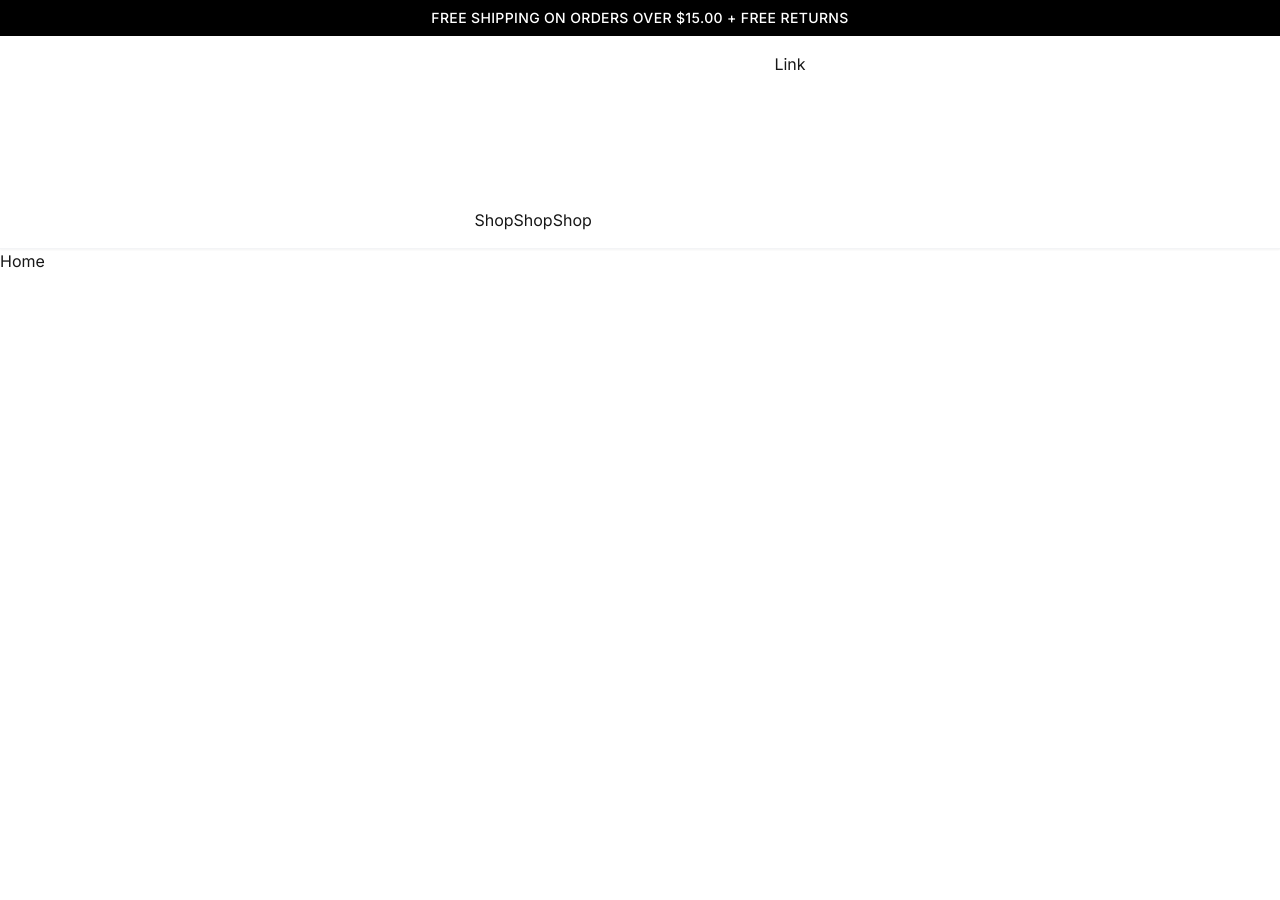
Repository: DiwanMalla/TEMU_CLONE
Page: /
These files come from the project's save history. The page is drawn as it stood at one moment and after the next save; the edit follows.
The browser window is 1280 px wide. The pictures show the whole page.
The project was rebuilt for these pictures with package versions that can differ from the ones it lists, and the page was loaded fresh each time. The framework's server and built-in components were replaced by stand-ins that run in the browser. Also part of the build but not shown: next.config.ts.

Above is the page before, as saved 2025-01-20 22:25:20.

After the next save:
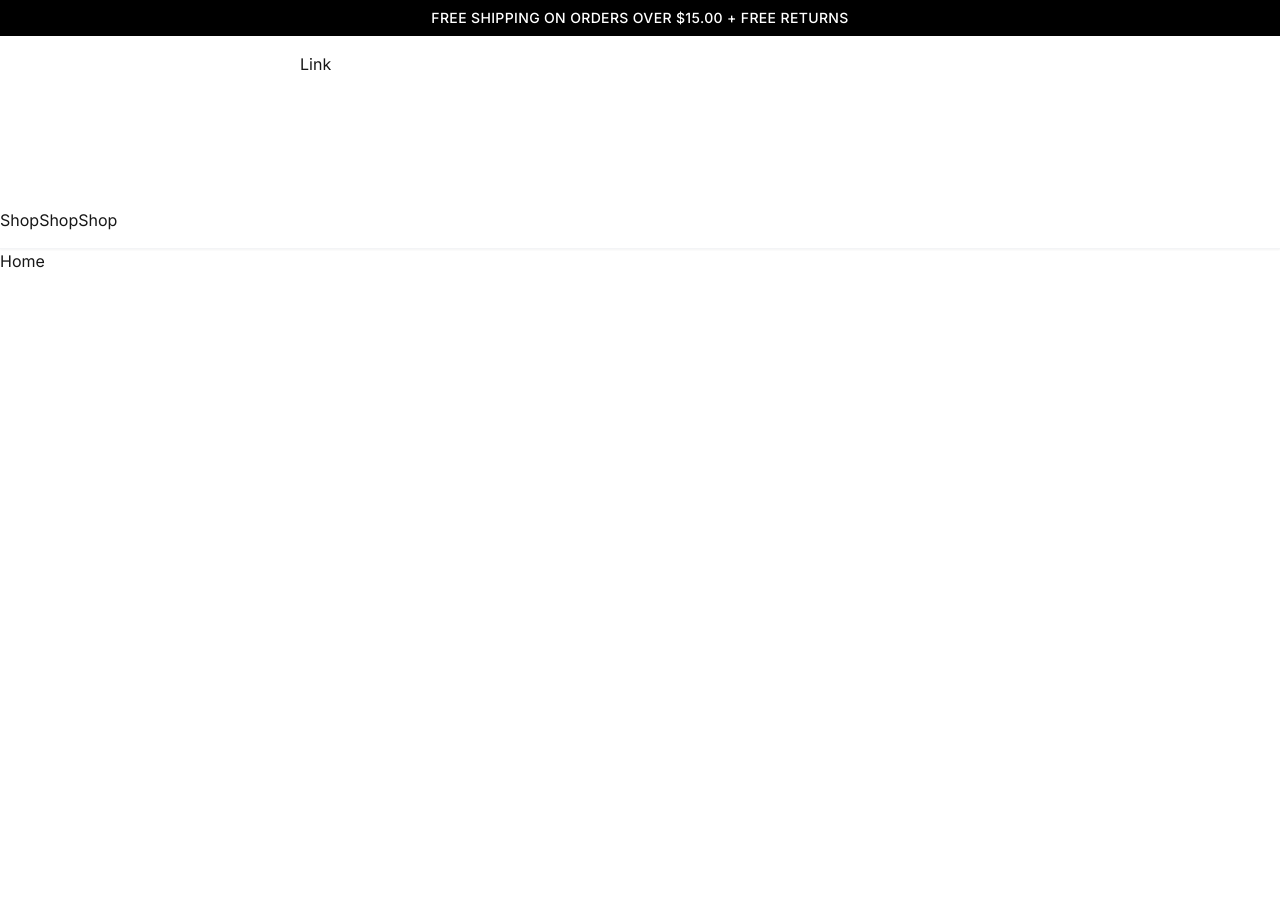
Saved 7 s later.
--- a/components/layout/Header.tsx
+++ b/components/layout/Header.tsx
@@ -41,7 +41,7 @@ const Header = () => {
         }`}
       >
         <AnnounecementBar />
-        <div className="w-full flex justify-center items-center py-3 sm:py-4 bg-white/80 shadow-sm border-b border-gray-100 backdrop-blur-sm">
+        <div className="w-full flex justify-between items-center py-3 sm:py-4 bg-white/80 shadow-sm border-b border-gray-100 backdrop-blur-sm">
           <div className="flex justify-between">
             <div>
               <button>
